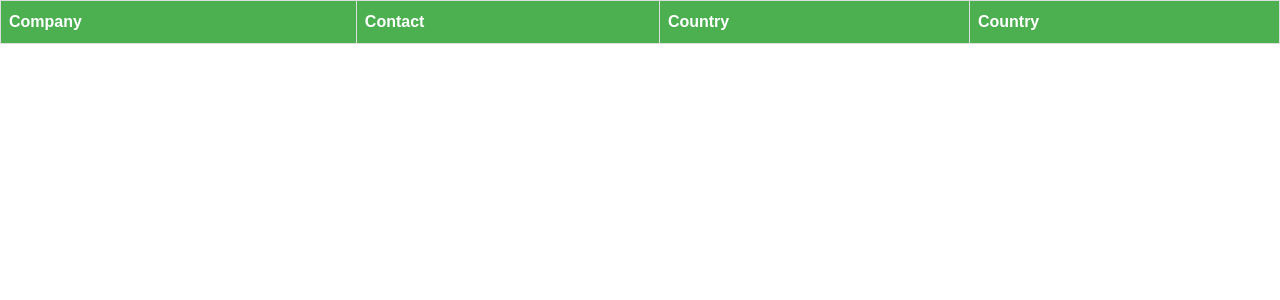
Repository: Rubin78/Firstairport
Page: /
These files come from the project's save history. The page is drawn as it stood at one moment and after the next save; the edit follows.
The browser window is 1280 px wide. The pictures show the whole page.
The page's requests for data from a server got no answer. The project was rebuilt for these pictures with package versions that can differ from the ones it lists, and the page was loaded fresh each time. No one was signed in, and anything a server would have sent is missing.

Above is the page before, as saved 2021-03-27 16:06:35.

After the next save:
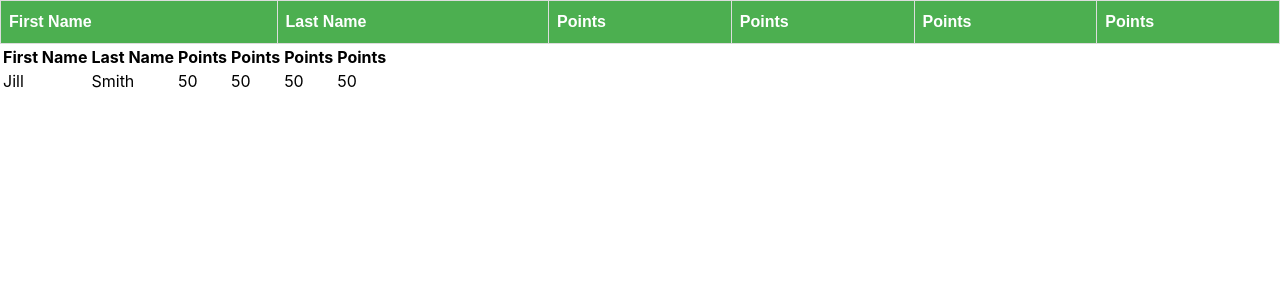
Saved 36 s later.
--- a/src/App.js
+++ b/src/App.js
@@ -928,13 +928,17 @@ const App = () => {
    };
   return (
     <div>
+
+{
       <table id="customers">
-        <tr>
-          <th>Company</th>
-          <th>Contact</th>
-          <th>Country</th>
-          <th>Country</th>
-        </tr>
+         <tr>
+                  <th>First Name</th>
+                  <th>Last Name</th>
+                  <th>Points</th>
+                  <th>Points</th>
+                  <th>Points</th>
+                  <th>Points</th>
+                </tr>
         {taskListingData &&
           Object.entries(taskListingData).map((task) => (
             <>
@@ -942,14 +946,17 @@ const App = () => {
                 <div>
                   <tr>
                     <td>{item.name}</td>
-                    <td>{item.name}</td>
-                    <td>{item.name}</td>
+
                   </tr>
                 </div>
               ))}
             </>
           ))}
       </table>
+}
+
+<DataTable />
+
     </div>
   );
 };
